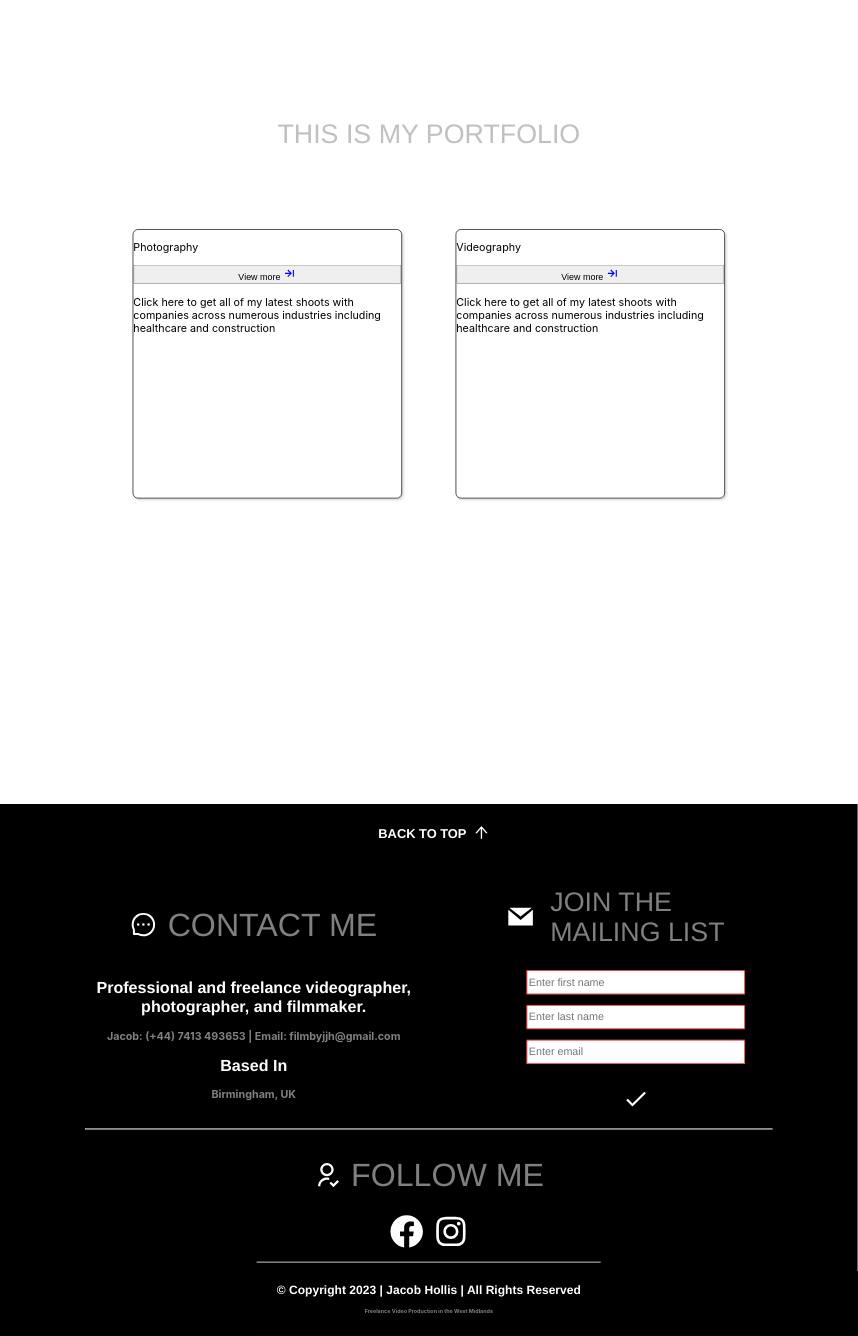
Repository: ThomasMTurner/filmbyjjh-portfolio
Page: /portfolio (app in client/)
These files come from the project's save history. The page is drawn as it stood at one moment and after a run of saves; the edit follows.
The browser window is 1280 px wide. The pictures show the whole page, at 67% of full size.
The project was rebuilt for these pictures with package versions that can differ from the ones it lists, and the page was loaded fresh each time. Also part of the build but not shown: client/vite.config.js, client/src/pages/Components/TagComponents.jsx, client/src/pages/Components/Post.jsx, client/src/pages/Components/SearchBar.jsx, client/src/pages/Updates.jsx, client/src/pages/Contact.jsx, client/src/pages/Components/InitialLogin.jsx, client/src/pages/Home.jsx and 2 more. Imported but missing from the stored project, and not drawn on this page: client/src/pages/Components/Videos/header.mp4, client/src/pages/Components/Videos/portfolio-reel.mp4.

Above is the page before, as saved 2023-10-20 12:51:51.

### client/public/index.html
<!DOCTYPE html>
<html lang="en">
  <head>
    <meta charset="utf-8" />
    <link rel="icon" href="%PUBLIC_URL%/favicon2.ico" />
    <meta name="viewport" content="width=device-width, initial-scale=1" />
    <meta name="theme-color" content="#000000" />
    <meta
      name="description"
      content="Web site created using create-react-app"
    />
    <link rel="apple-touch-icon" href="%PUBLIC_URL%/logo192.png" />
    <!--
      manifest.json provides metadata used when your web app is installed on a
      user's mobile device or desktop. See https://developers.google.com/web/fundamentals/web-app-manifest/
    -->
    <link rel="manifest" href="%PUBLIC_URL%/manifest.json" />
    <!--
      Notice the use of %PUBLIC_URL% in the tags above.
      It will be replaced with the URL of the `public` folder during the build.
      Only files inside the `public` folder can be referenced from the HTML.

      Unlike "/favicon.ico" or "favicon.ico", "%PUBLIC_URL%/favicon.ico" will
      work correctly both with client-side routing and a non-root public URL.
      Learn how to configure a non-root public URL by running `npm run build`.
    -->
    <title>FILM.BY.JJH</title>
  </head>
  <body>
    <noscript>You need to enable JavaScript to run this app.</noscript>
    <div id="root"></div>
    <!--
      This HTML file is a template.
      If you open it directly in the browser, you will see an empty page.

      You can add webfonts, meta tags, or analytics to this file.
      The build step will place the bundled scripts into the <body> tag.

      To begin the development, run `npm start` or `yarn start`.
      To create a production bundle, use `npm run build` or `yarn build`.
    -->
  </body>
</html>

### client/src/index.jsx
import React from 'react';
import ReactDOM from 'react-dom/client';
import './index.css';
import App from './App';
import { UserRoleProvider } from './userRoleContext';


const root = ReactDOM.createRoot(document.getElementById('root'));
root.render(
  <React.StrictMode>
    <UserRoleProvider>
      <App />
    </UserRoleProvider>
  </React.StrictMode>
);

### client/src/App.jsx
import { useLocation, useNavigate, Route, Outlet, BrowserRouter as Router, Routes} from 'react-router-dom';
import { useEffect, useState, Suspense } from 'react';
import { CSSTransition } from 'react-transition-group';
import { ColorRing } from 'react-loader-spinner';
import React from 'react';
import NavBar from "./pages/Components/Navbar"
import Footer from "./pages/Components/Footer";
import Updates from './pages/Updates';
import Contact from './pages/Contact';
import Home from './pages/Home';
import { EventHighlights, PromotionalMaterial } from './pages/Videography';
import SubNav from './pages/Components/SubNav';
import Portfolio from './pages/Portfolio';


//page to capture individual shoots or projects, want back button at top right with title

const VideoPage = () => {
  const navigate = useNavigate();
  const location = useLocation();

  useEffect(() => {
    if (location.pathname == '/video'){
      navigate('/video/event-highlights');
    }
  }, [navigate, location]);

  return (
    <div className='video-page-wrapper'>
      <div className='sideline-content'>
        <SubNav
          title="Videography Content"
          parentLink="video"
          links={{"Event highlights": "event-highlights", "Promotional material": "promotional-material", "Drone footage": "my-first-highlight-reel" }}
          subLinks={{'event highlights': {"Shoots": {"Atlas Gym": "/video/links/atlas-gym"}, "Individual projects":{}}}}
          className='subnav'
        />
        <p className='sideline-content-text'>Welcome to the videography page, you can view all of my highlighted video projects on the right by scrolling. You can also look into each project by clicking on the button inside the caption. </p>
      </div>

      <div className='page-content-wrapper'>
        <Routes>
          <Route path="/event-highlights" element={<EventHighlights />} />
          <Route path="/promotional-material" element={<PromotionalMaterial />} />
        </Routes>
      </div>
    </div>
  );
};




const PhotoPage = () => {
    const navigate = useNavigate();
    const location = useLocation();

    useEffect(() => {
      if (location.pathname == '/video'){
        navigate('/video/event-highlights');
      }
    }, [navigate, location]);

    return (
      <div className='photo-page-wrapper'>
        <SubNav
          title="Photography Content"
          parentLink="photo"
          links={{}}
        />
        <Routes>
          <Route path="/" element={<EventHighlights />} />
        </Routes>
      </div>
    );

}


const LoadingPage = () => {
  return (
    <div className='loading-page'>
      <ColorRing
        className='loading-spinner'
        visible={true}
        height="100"
        width="100"
        ariaLabel="blocks-loading"
        wrapperStyle={{}}
        wrapperClass="blocks-wrapper"
        colors={['#000000', '#808080', '#C0C0C0', '#808080', '#000000']}
    />

      <p>Loading, please wait...</p>
    </div>
  )
}


const Layout = () => {
  const [showFooter, setShowFooter] = useState(false);

  useEffect(() => {
    const handleScroll = () => {
      const content = document.getElementById('content');
      if (content) {
        const scrollOffset = content.offsetHeight - document.documentElement.clientHeight;
        setShowFooter(window.pageYOffset >= scrollOffset);

      }
    };

    window.addEventListener('scroll', handleScroll);

    return () => {
      window.removeEventListener('scroll', handleScroll);
    };
  }, []);


      return (
        <div className='layout-wrapper'>
          <CSSTransition
           in={!showFooter}
           timeout={300}
           classNames='nav-transition'
           unmountOnExit>
            <NavBar id='nav' />
          </CSSTransition>
          <div id="content">
            <Outlet/>
          </div>
          <Footer/>
        </div>
      );
    };

/*
Notes for later:


*/


export default function App() {
  return (
    <div className="App">
      <Router>
        <Suspense fallback={<LoadingPage />} timeout={200}>
          <Routes>
            <Route path="/" element={<Layout />}>
              <Route index element={<Home />} />
              <Route path="/updates" element={<Updates />} />
              <Route path="/contact" element={<Contact />} />
              <Route path="/portfolio" element={<Portfolio/>} />
                <Route path="/portfolio/video/*" element={<VideoPage />} />
                <Route path="/portfolio/photo/*" element={<PhotoPage />} />
            </Route>
          </Routes>
        </Suspense>
      </Router>
    </div>
  );
}

### client/src/userRoleContext.jsx
import {useState, createContext} from 'react';

export const UserRoleContext = createContext();

export const UserRoleProvider = ({children}) => {
    const [userRole, setUserRole] = useState(null);
    return (
        <UserRoleContext.Provider value ={{userRole, setUserRole}}>
            {children}
        </UserRoleContext.Provider>
    );
};

### client/src/pages/Components/Navbar.jsx
import './main_styles.css'
import JacobLogo from './Images/jacob-logo.jpg';
import { useState, useEffect } from 'react';
import { NavLink } from 'react-router-dom';
import { motion } from 'framer-motion';
import Hamburger from 'hamburger-react';
import { CSSTransition } from 'react-transition-group';
import classNames from 'classnames';
import {BiSolidRightArrow} from 'react-icons/bi';



function DropDownMenu(props) {
  const isMobileNav = props.isMobileNav;

  const mobileContainer = {
    hidden: {
      opacity:0,
      y: -10
    },
    show: {
      opacity: 1,
      transition: {
        staggerChildren: 0.2,
        duration: 0.5
      },
      y:0
    }
  }

  const mobileItem = {
    hidden: {
      opacity: 0,
      y: -10
    },
    show: {
      opacity: 1,
      y: 0

    }
  }

  if (isMobileNav){
  return (
  <motion.div
    variants = {mobileContainer}
    initial = "hidden"
    animate = "show"
            >

        <ul className='test-sub-menu' onMouseLeave={() => (!isMobileNav) && props.setVideoSubMenu(false)}>
          {Object.entries(props.links).map(([key, value], index) => (
            <motion.div
                        whileHover={{x:5}}
                        transition={{type:"string", duration:0.2, stiffness:300, damping:50}}
                        initial= "hidden"
                        animate= "show"
                        variants={mobileItem}
                        >
              <li>

                <NavLink
                  exact
                  to={value}
                  className={({ isActive }) => (isActive ? 'active-sub-nav-item' : 'sub-nav-item')}
                  key={index}
                >
                  {key}
                </NavLink>
              </li>
            </motion.div>
          ))}
        </ul>
    </motion.div>

  );
   }
  else {
    return (
      <motion.div initial={{x:200, y:-65, opacity:0}}
                  animate ={{y:-55, opacity:1}}
                  transition={{type:"string", duration:0.2, stiffness:300, damping:50}}>
        <ul className='test-sub-menu' onMouseLeave={() => (!isMobileNav) && props.setVideoSubMenu(false)}>
          {Object.entries(props.links).map(([key, value], index) => (
            <motion.div transition={{type:"string", duration:0.2, stiffness:300, damping:50}}>
              <li>
                <NavLink
                  exact
                  to={value}
                  className={({ isActive }) => (isActive ? 'active-sub-nav-item' : 'sub-nav-item')}
                  key={index}
                >
                  {key}
                </NavLink>
              </li>
            </motion.div>
          ))}
        </ul>
      </motion.div>
    )
  }
}





export default function NavBar() {
    const [isToggled, setToggled] = useState(false);
    const [isMobileNav, setMobileNav] = useState(false);
    const [VideoSubMenu, setVideoSubMenu] = useState(false);
    const [dimensions, setDimensions] = useState({width:null, height:null})
    const [dropDownOpener, setDropDownOpener] = useState('+');


    const handleToggle = () => {
      setToggled(!isToggled);
    }


    function useDimensions() {
      useEffect(() => {
        const handleDimensions = () => {
          setDimensions({ width: window.innerWidth, height: window.innerHeight });
        };
        window.addEventListener("resize", handleDimensions);
        handleDimensions();
        return () => window.removeEventListener("resize", handleDimensions);
      }, []);
    }

    function useResize() {
      useEffect(() => {
        const handleResize = () => {
          const width = window.innerWidth;
          setMobileNav(width <= 768);
          setToggled(!isMobileNav)
        };

        window.addEventListener("resize", handleResize);
        handleResize();
        return () => window.removeEventListener("resize", handleResize);
      }, []);
    }




    const logoClasses = classNames({
      'main-logo-wrapper': true,
      'logo-reposition': isMobileNav
    })


    const handleMobileDropDownClick = () => {
      setVideoSubMenu(!VideoSubMenu);
      if (dropDownOpener == '+'){
        setDropDownOpener('-');
      }
      else{
        setDropDownOpener('+');
      }
    }



    useDimensions()
    useResize()



    return (

    <div className="app-wrapper">
      <nav className='Navigation'>
        <div className={logoClasses}>
          <img src={JacobLogo} className="main-logo" alt="Jacob's Logo"/>
        </div>
        <button onClick={() => handleToggle()} className="hamburger-menu-icon">
          <Hamburger toggled={isToggled} toggle={setToggled} size={30} color={"white"} />
        </button>
          {isToggled &&

              <ul className="nav-wrapper">
                <li>
                  <NavLink exact to="/" className={({ isActive }) => (isActive ? 'active-nav-item' : 'nav-item')}>Home</NavLink>
                </li>
                <li>
                  <NavLink exact to="/updates" className={({ isActive }) => (isActive ? 'active-nav-item' : 'nav-item')}>Updates</NavLink>
                </li>
                <li onMouseEnter={() => (!isMobileNav) && setVideoSubMenu(true)} onMouseLeave ={() => (!isMobileNav) && setVideoSubMenu(false)}>
                  <NavLink exact to="/portfolio" className={({ isActive }) => (isActive ? 'active-nav-item' : 'nav-item')}>Portfolio</NavLink>
                  {isMobileNav && <button className='drop-down-mobile-button' onClick={() => handleMobileDropDownClick()}> {dropDownOpener} </button>}
                  {VideoSubMenu && (
                    <DropDownMenu
                      VideoSubMenu={VideoSubMenu}
                      setVideoSubMenu={setVideoSubMenu}
                      isMobileNav={isMobileNav}
                      links={{ 'Home': '/portfolio', 'Videography': '/portfolio/video', 'Photography': '/portfolio/photo' }}
                    />

  )}
                </li>
                <li>
                  <NavLink exact to="/contact" className={({ isActive }) => (isActive ? 'active-nav-item' : 'nav-item')}>Contact</NavLink>
                </li>
              </ul>


          }

      </nav>
    </div>

    );

  }

### client/src/pages/Portfolio.jsx
import { useNavigate } from 'react-router-dom';
import { BiArrowToRight } from 'react-icons/bi';

const PortfolioCard = (props) => {
    const navigate = useNavigate();
    console.log(props.title.toLowerCase().slice(0, 5))
    return (
        <div className='portfolio-card'>
            <p>{props.title}</p>
            <button type="button" onClick={() => navigate(`/portfolio/${props.title.toLowerCase().slice(0, 5)}`)}>View more <BiArrowToRight color={'blue'} size={20} /></button>
            <p>{props.desc}</p>
        </div>
    )
}
export default function Portfolio() {
    return(
        <div style={{display:'flex', flexDirection:'column', justifyContent:'center', alignItems:'center', width:'100%', gap:'5rem', minHeight:'75rem', position:'relative', bottom:'10rem'}}>
            <p style={{fontFamily:'helvetica', fontWeight:'200', fontSize:'2.5rem', color:'silver'}}>THIS IS MY PORTFOLIO</p>
            <div style={{display:'flex', flexDirection:'row', justifyContent:'center', alignItems:'center', width:'100%', gap:'5rem'}}>
                <PortfolioCard title="Photography" desc="Click here to get all of my latest shoots with companies across numerous industries including healthcare and construction" />
                <PortfolioCard title="Videography" desc="Click here to get all of my latest shoots with companies across numerous industries including healthcare and construction" />
            </div>
        </div>
    )
}

### client/src/pages/Components/ScrollButton.jsx
import './main_styles.css';
import { useState } from 'react';
import {AiOutlineArrowUp} from 'react-icons/ai';

export default function ScrollButton () {
    const [iconActive, setIconActive] = useState(false);
    const handlePress = () => {
        window.scrollTo({top:0, left:0, behavior:"smooth"});
    }

    const handleIconState = () => {
        setIconActive(!iconActive);
    }

    const handleIconColour = () => {
        if (iconActive) {
            return 'gray';
        }
        else {
            return 'white';
        }
    }


    return (
        <div className='scroll-button-wrapper' onMouseEnter={handleIconState} onMouseLeave={handleIconState}>
            <button onClick={handlePress} className='scroll-button'>BACK TO TOP
            <AiOutlineArrowUp width='200' height='200' color={handleIconColour()} className='scroll-icon'/>
            </button>

        </div>
    );
}

Loaded but not shown: client/src/index.css (common file); client/src/pages/Components/main_styles.css (2531 lines, source omitted); client/src/pages/Components/Footer.jsx (238 lines, source omitted)

After the next 3 saves:
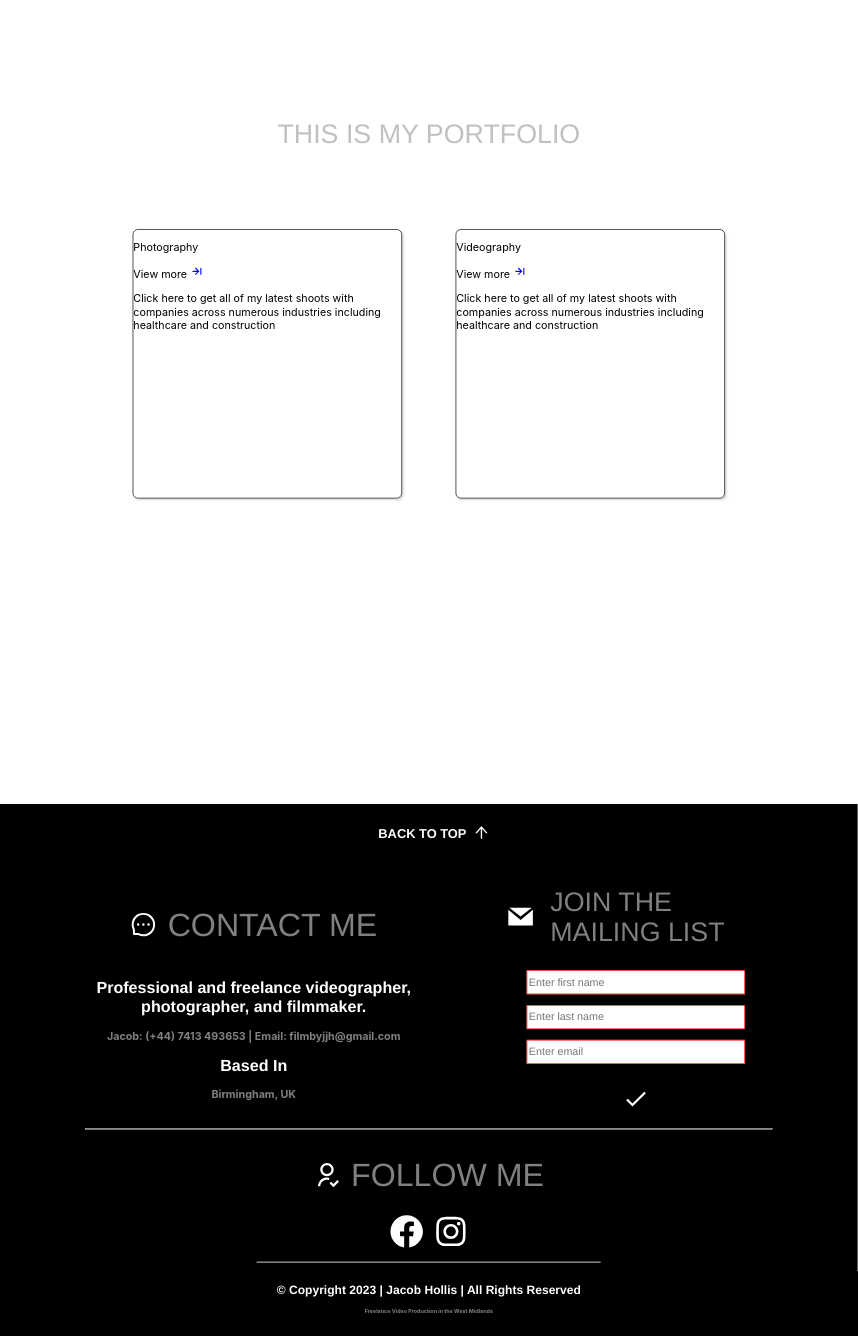
The 3 saves are shown as one change because 1 did not build or start and some came seconds apart.
The last was saved 25 s later.
--- a/client/src/pages/Portfolio.jsx
+++ b/client/src/pages/Portfolio.jsx
@@ -7,7 +7,7 @@ const PortfolioCard = (props) => {
     return (
         <div className='portfolio-card'>
             <p>{props.title}</p>
-            <button type="button" onClick={() => navigate(`/portfolio/${props.title.toLowerCase().slice(0, 5)}`)}>View more <BiArrowToRight color={'blue'} size={20} /></button>
+            <button className='portfolio-card-button' type="button" onClick={() => navigate(`/portfolio/${props.title.toLowerCase().slice(0, 5)}`)}>View more <BiArrowToRight color={'blue'} size={20} /></button>
             <p>{props.desc}</p>
         </div>
     )
